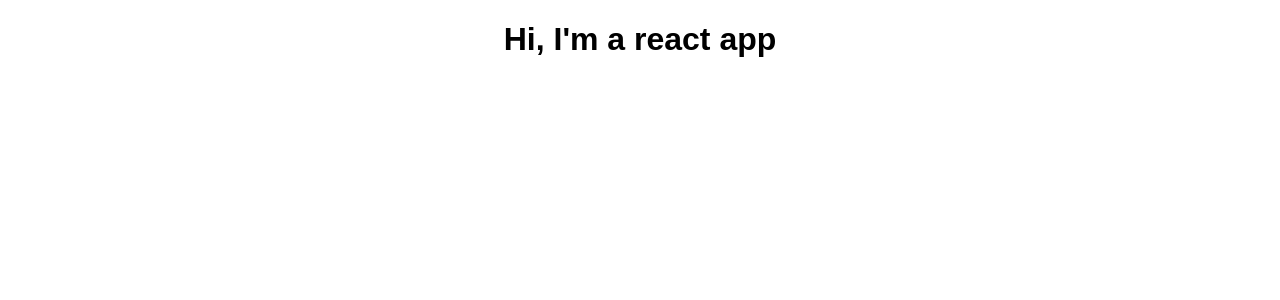
Repository: cristinadoroftei/FirstReactProject
Page: /
The author's editor kept a copy of each file at every save. The page is drawn from the files as they stood at one save, then again after the next save.
The browser window is 1280 px wide. The pictures show the whole page.
The project was rebuilt for these pictures with package versions that can differ from the ones it lists, and the page was loaded fresh each time.

Above is the page before, as saved 2020-07-08 09:01:40.

After the next save:
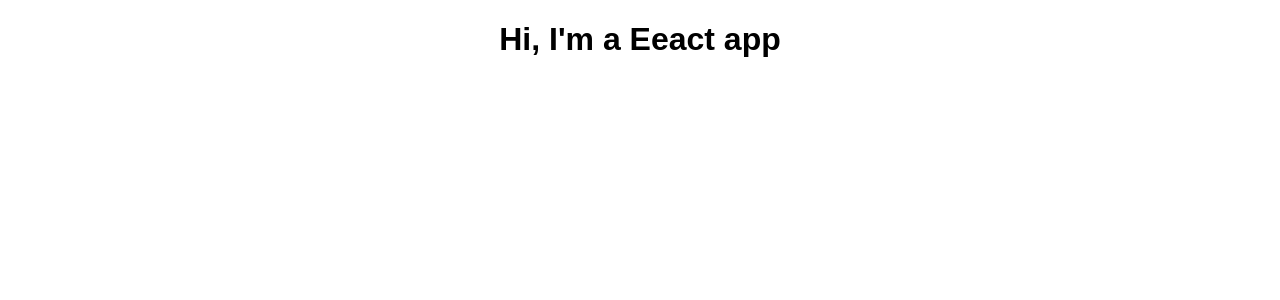
Saved 4 s later.
--- a/src/App.js
+++ b/src/App.js
@@ -6,7 +6,7 @@ class App extends Component {
   render() {
     return (
       <div className="App">
-        <h1>Hi, I'm a react app</h1>
+        <h1>Hi, I'm a Eeact app</h1>
       </div>
     );
   }
